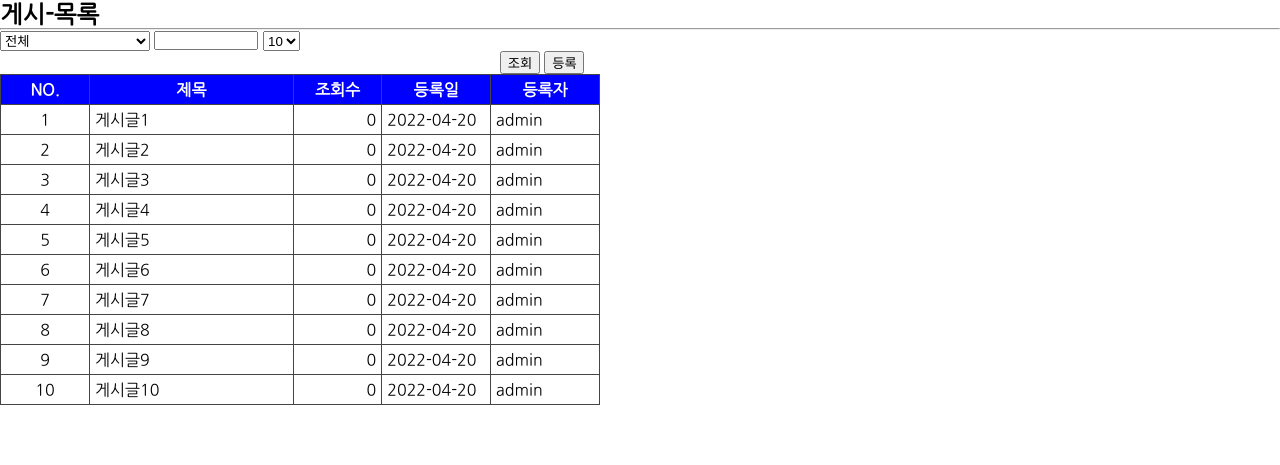
Repository: dongseon-git/WEB_JSP
Page: workspace/studyhtml5/WebContent/template/board_list_test01.html
These files come from the project's save history. The page is drawn as it stood at one moment and after the next save; the edit follows.
The browser window is 1280 px wide. The pictures show the whole page.

Above is the page before, as saved 2022-05-18 08:18:52.

After the next save:
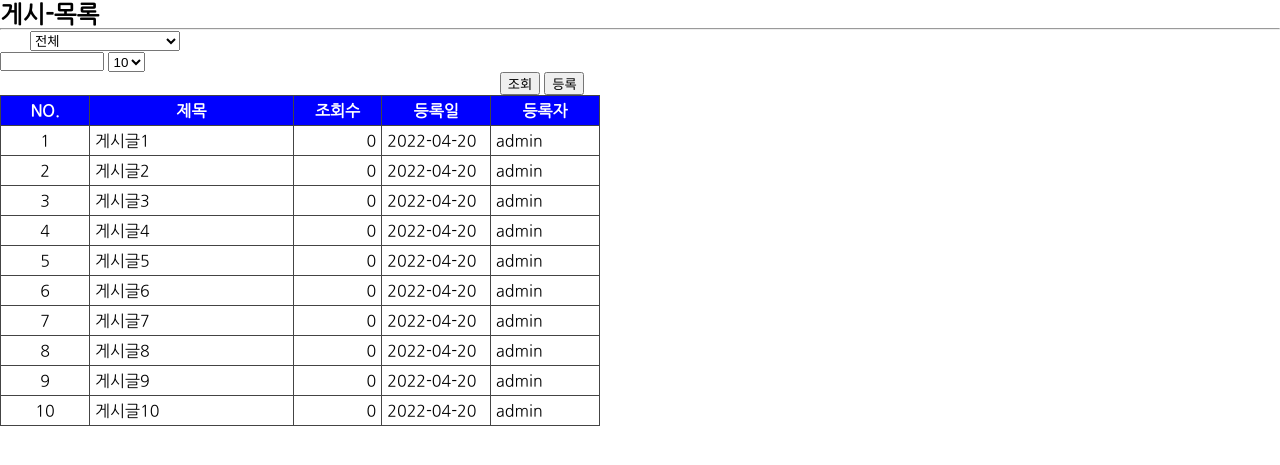
Saved 74 s later.
--- a/workspace/studyhtml5/WebContent/template/board_list_test01.html
+++ b/workspace/studyhtml5/WebContent/template/board_list_test01.html
@@ -27,9 +27,9 @@ div>input{
     position: relative;
     left: 500px;
 }
-searchDiv{
+div>select{
 position: relative;
-    left: 80px;
+    left: 30px;
 }
 </style>
 
@@ -47,11 +47,14 @@ position: relative;
    <!-- 검색 -->
    <form action="">
     <label for="searchDiv"></label>
+    <div>
     <select name="searchDiv" id="searchDiv" style="width:150px" text-align:center >
+
         <option value="">전체</option>
         <option value="10">제목</option>
         <option value="20">내용</option>
     </select>
+    </div>
     <input type="text" name="searchWord"  id="searchWord" style="width:100px">
     <select name="pageSize" id="pageSize">
         <option value="10">10</option>
